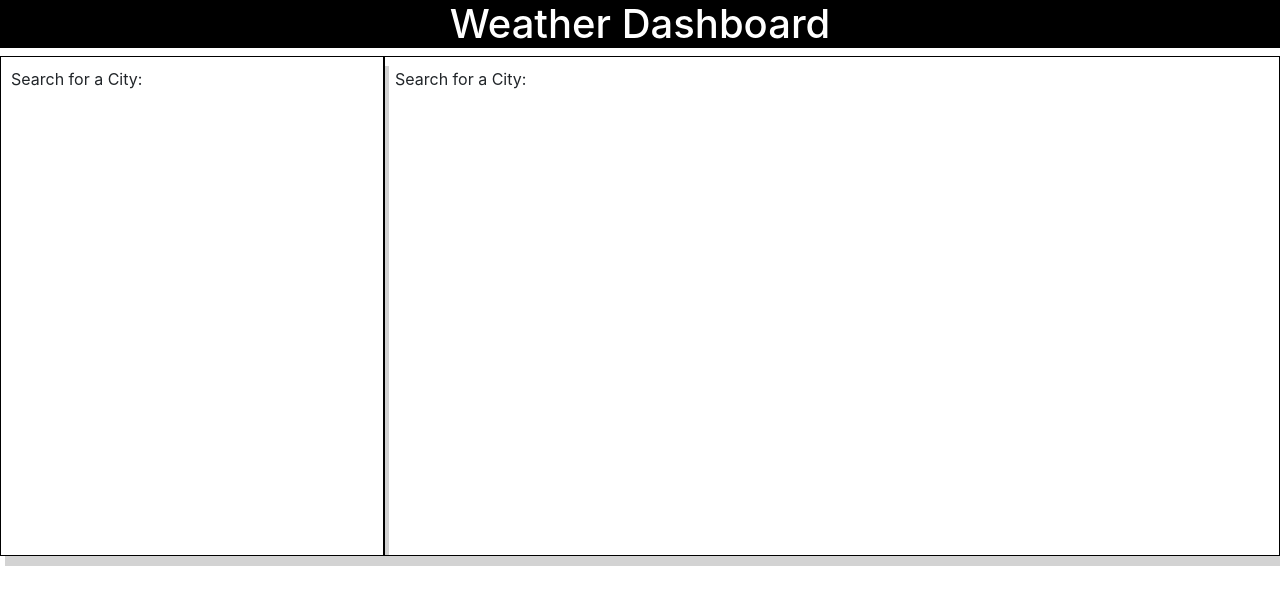
Repository: s88leigh/Weather-Dashboard
Page: index.html
An editor plug-in stored every save of this project. The page is shown before and after the next save, followed by the edit.
The browser window is 1280 px wide. The pictures show the whole page.

Above is the page before, as saved 2019-10-30 19:59:47.

### index.html
<!DOCTYPE html>
<html lang="en">
<head>
    <meta charset="UTF-8">
    <meta name="viewport" content="width=device-width, initial-scale=1.0">
    <meta http-equiv="X-UA-Compatible" content="ie=edge">
    <link rel="stylesheet" href="https://stackpath.bootstrapcdn.com/bootstrap/4.3.1/css/bootstrap.min.css" integrity="sha384-ggOyR0iXCbMQv3Xipma34MD+dH/1fQ784/j6cY/iJTQUOhcWr7x9JvoRxT2MZw1T" crossorigin="anonymous">
    <link rel="stylesheet" href="style.css">
    <title>Weather Dashboard</title>
</head>
<body>

    <div id="box">
        <h1>Weather Dashboard</h1>
    </div>

    <div id="left-box">
        <label id="search">Search for a City:</label>

    </div>

    <div id="right-box">
        <label id="search">Search for a City:</label>

    </div>



</body>
</html>

### style.css


h1 {
    color: white;
    text-align: center;
    background-color: black;
}
#left-box {
    float: left;
    width: 30%;
    height: 500px;
    border: 1px solid black;
    padding: 10px;
    box-shadow: 5px 10px lightgray;


}
#right-box {
    float: left;
    width: 70%;
    height: 500px;
    border: 1px solid black;
    padding: 10px;
    box-shadow: 5px 10px lightgray;
}

After the next save:
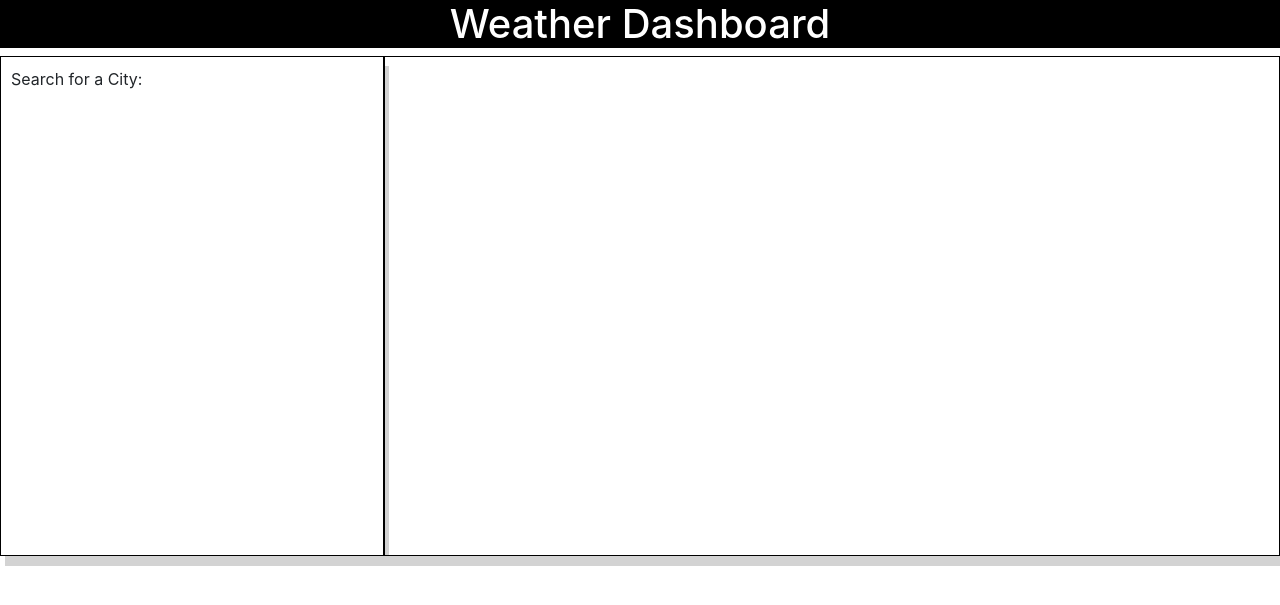
Saved 19 s later.
--- a/index.html
+++ b/index.html
@@ -20,7 +20,7 @@
     </div>
 
     <div id="right-box">
-        <label id="search">Search for a City:</label>
+
 
     </div>
 
